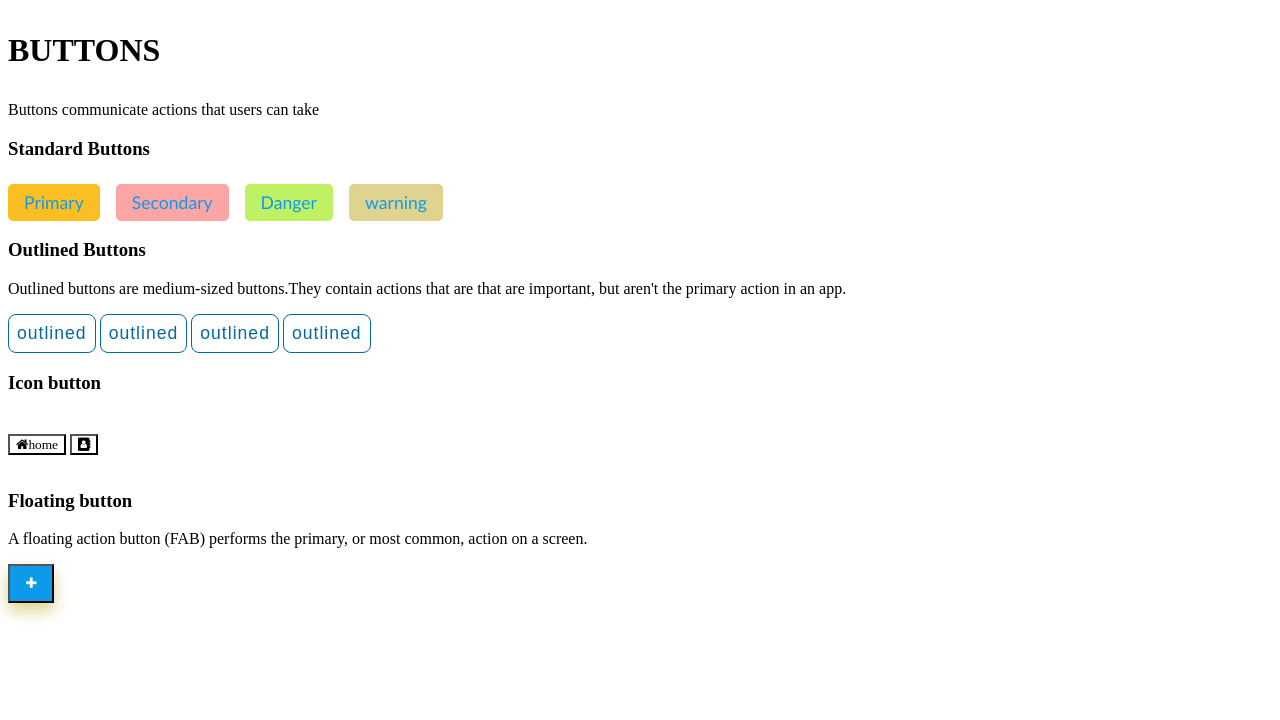
Repository: Anasooya2601/Components_UI
Page: components/Button/button.html
The author's editor kept a copy of each file at every save. The page is drawn from the files as they stood at one save, then again after the next save.
The browser window is 1280 px wide. The pictures show the whole page.

Above is the page before, as saved 2022-02-12 00:31:49.

After the next save:
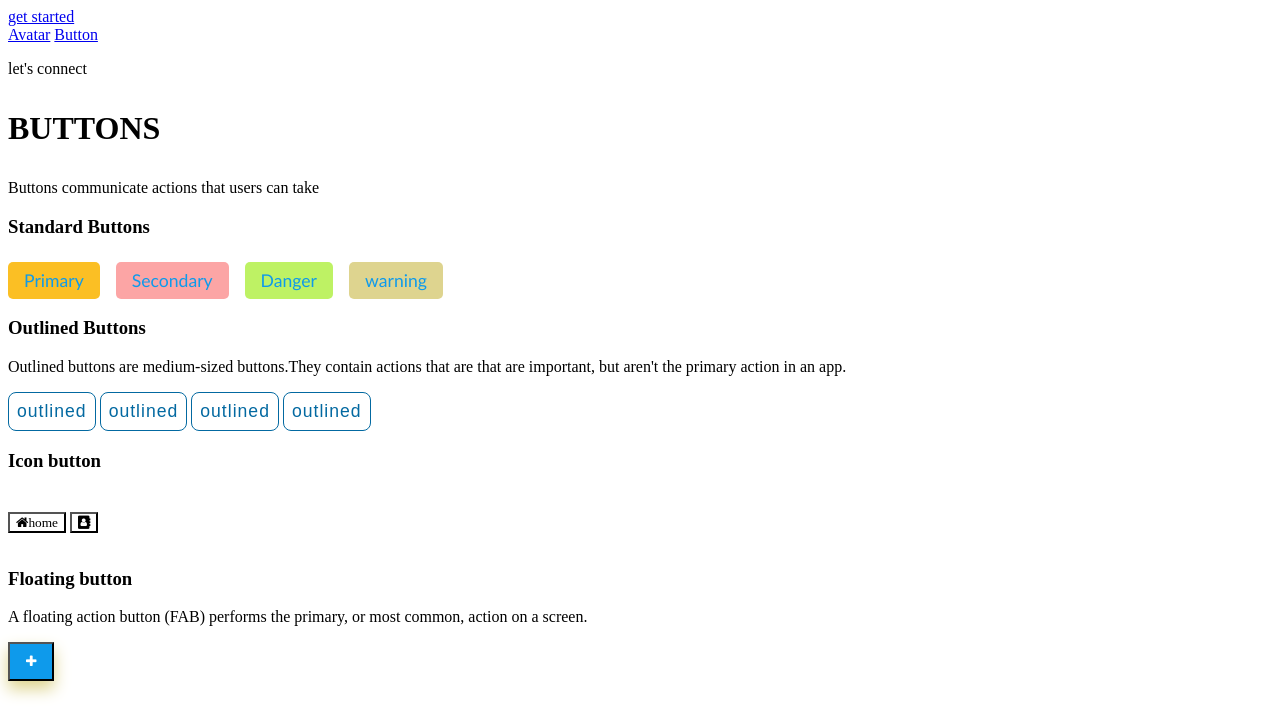
Saved 5 s later.
--- a/components/Button/button.html
+++ b/components/Button/button.html
@@ -9,6 +9,32 @@
     <link rel="stylesheet" href="https://cdnjs.cloudflare.com/ajax/libs/font-awesome/4.7.0/css/font-awesome.min.css">
 </head>
 <body>
+    <!-- main -->
+    <div class="main-container">
+        <div class="navbar-wrapper">
+
+            <div class="nav">
+                <div class="navbar-header">
+                <div class="logo">
+                    <a href="/index.html"></a>
+                 </div>
+                </div>
+            </div>
+
+        <!-- topics -->
+        <a href="/main/main.html" class="text">get started</a>
+        <div class="navbar-main">
+            <a href="/components/Avatar/index.html">Avatar</a>
+            <a href="/components/Button/button.html">Button</a>
+        </div>
+        <!-- footer -->
+        <div class="footer">
+            <div class="footer-text">
+                <p>let's connect</p>
+            </div>
+        </div>
+        </div>
+    </div>
 <div class="main">
     <div class="main-header">
         <div>
